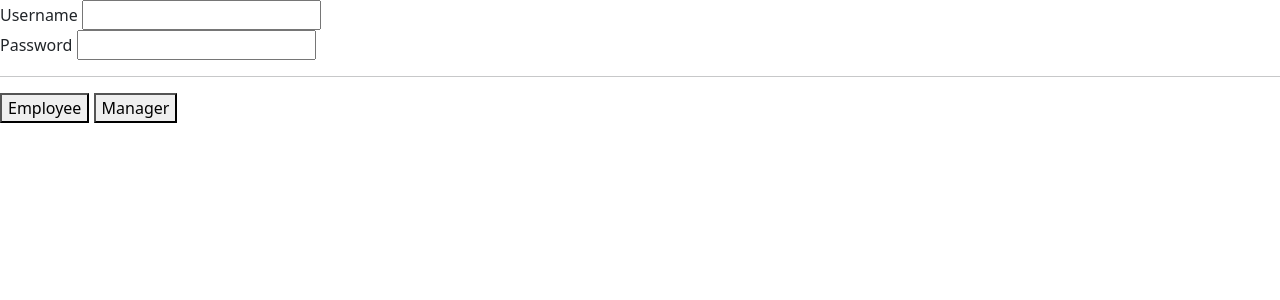
Repository: mavn2/ERS
Page: APP/ExpenseReimbursementSystem/src/main/webapp/index.html
The author's editor kept a copy of each file at every save. The page is drawn from the files as they stood at one save, then again after a run of saves.
The browser window is 1280 px wide. The pictures show the whole page.

Above is the page before, as saved 2021-03-31 02:39:19.

### APP/ExpenseReimbursementSystem/src/main/webapp/index.html
<!DOCTYPE html>
<html>
<head>
<meta charset="UTF-8">
<title>Welcome</title>
<link
	href="https://cdn.jsdelivr.net/npm/bootstrap@5.0.0-beta3/dist/css/bootstrap.min.css"
	rel="stylesheet"
	integrity="sha384-eOJMYsd53ii+scO/bJGFsiCZc+5NDVN2yr8+0RDqr0Ql0h+rP48ckxlpbzKgwra6"
	crossorigin="anonymous">
</head>
<body>
	<form action="login" method="post">
		<label for="username">Username</label> <input type="text"
			name="username" /> <br /> <label for="password">Password</label> <input
			type="text" name="password" />
		<hr />
		<!-- <input type="submit" name="type" value="e" /> -->
		<button type="submit" name="type" value="e">Employee</button>
		<!-- 	<input type="submit" name="type" value="m"/>
 -->
		<button type="submit" name="type" value="m">Manager</button>
	</form>
</body>
</html>

After the next 2 saves:
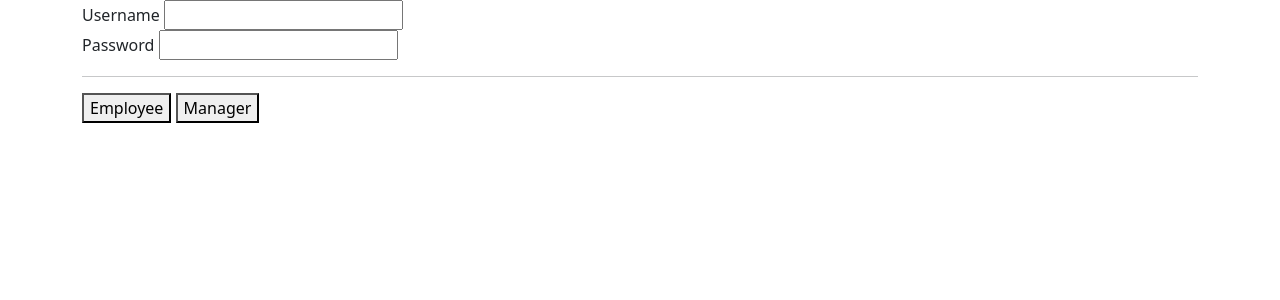
The 2 saves are shown as one change because they came seconds apart.
The last was saved 94 s later.
--- a/APP/ExpenseReimbursementSystem/src/main/webapp/index.html
+++ b/APP/ExpenseReimbursementSystem/src/main/webapp/index.html
@@ -10,16 +10,18 @@
 	crossorigin="anonymous">
 </head>
 <body>
-	<form action="login" method="post">
-		<label for="username">Username</label> <input type="text"
-			name="username" /> <br /> <label for="password">Password</label> <input
-			type="text" name="password" />
-		<hr />
-		<!-- <input type="submit" name="type" value="e" /> -->
-		<button type="submit" name="type" value="e">Employee</button>
-		<!-- 	<input type="submit" name="type" value="m"/>
+	<div class="container">
+		<form action="login" method="post">
+			<label for="username">Username</label> <input type="text"
+				name="username" /> <br /> <label for="password">Password</label> <input
+				type="text" name="password" />
+			<hr />
+			<!-- <input type="submit" name="type" value="e" /> -->
+			<button type="submit" name="type" value="e">Employee</button>
+			<!-- 	<input type="submit" name="type" value="m"/>
  -->
-		<button type="submit" name="type" value="m">Manager</button>
-	</form>
+			<button type="submit" name="type" value="m">Manager</button>
+		</form>
+	</div>
 </body>
 </html>
